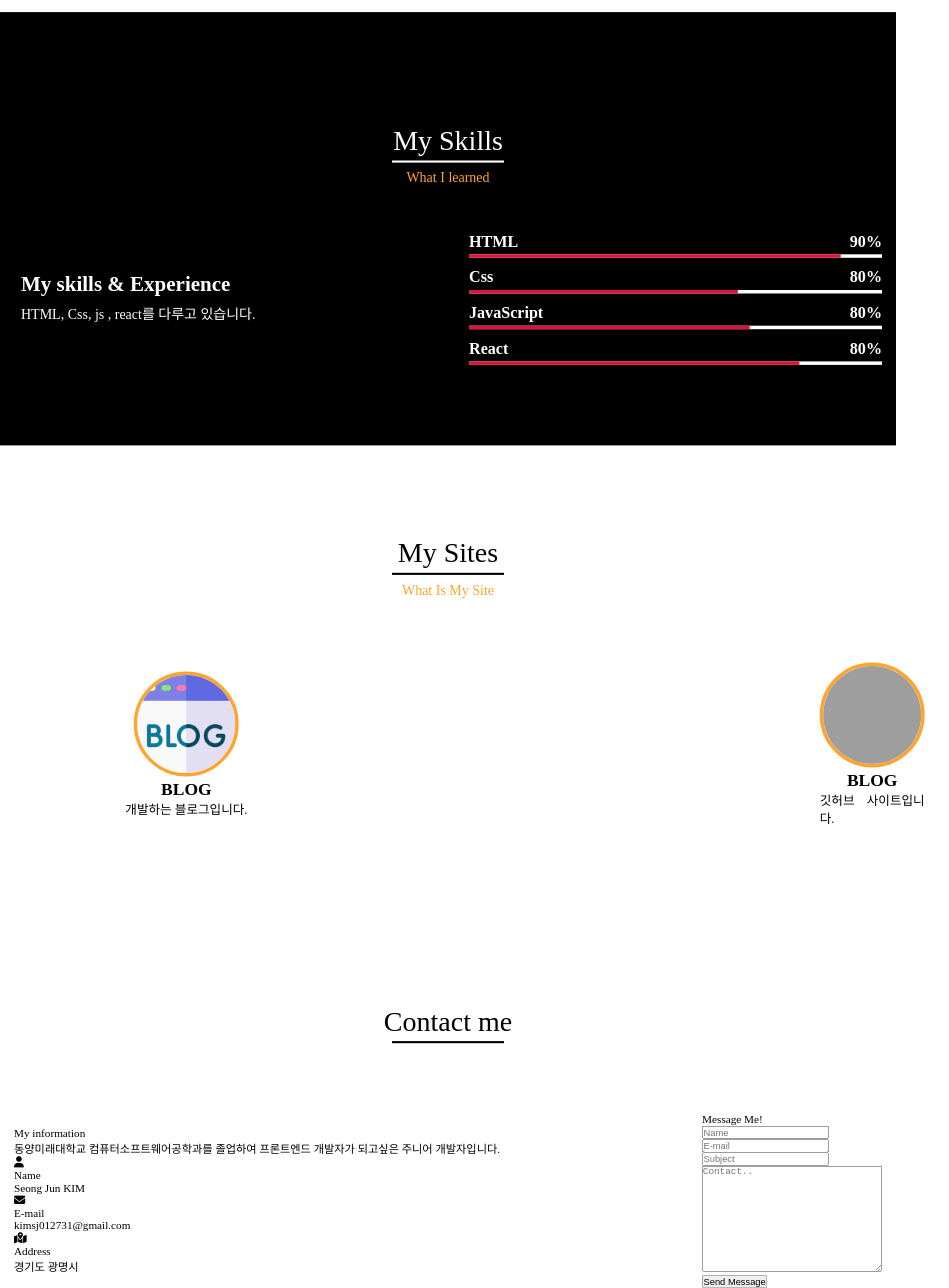
Repository: jun01270/jun
Page: index.html
An editor plug-in stored every save of this project. The page is shown before and after the next save, followed by the edit.
The browser window is 1280 px wide. The page is 1356 px wide, then 1280 px, so the pictures cover 1356 px, including what lies to the right of the window. The pictures show the part of the page from y = 1666 to 3506 px (the page is 3506 px tall before and 3480 px after), at 70% of full size.
Pictures or frames that could not be fetched are drawn as grey boxes. Some web libraries are served in a nearby version.

Above is the page before, as saved 2023-05-10 17:14:32.

After the next save:
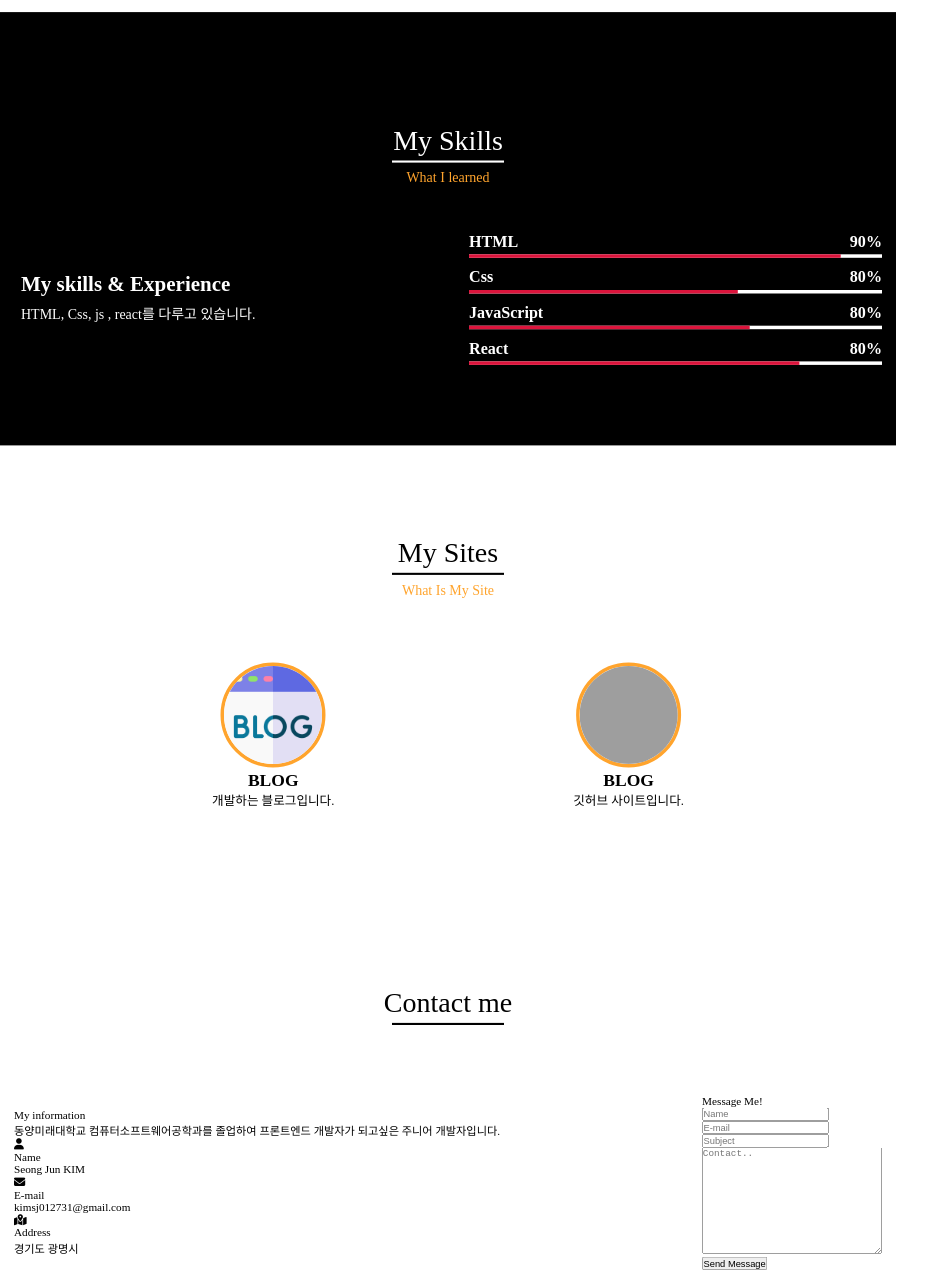
Saved 11 s later.
--- a/css/mysites.css
+++ b/css/mysites.css
@@ -12,11 +12,11 @@
 }
 
 .my-sites .my-sites-content .left-column {
-  margin-left: 10%;
+  margin-left: 20%;
 }
 
 .my-sites .my-sites-content .right-column {
-  width: 10%;
+  margin-right: 20%;
 }
 
 .my-sites .my-sites-content a {
